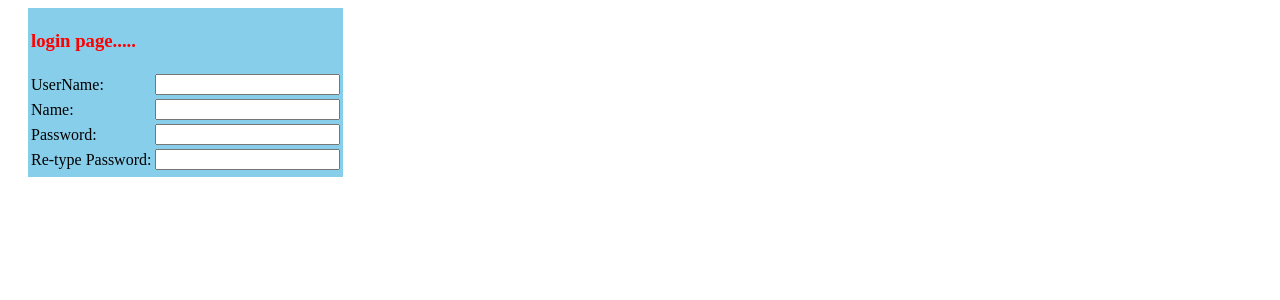
Repository: KeshavDeveloper/Dynamic-web-app
Page: http://localhost/MyRegistrationProject/register.jsp
The author's editor kept a copy of each file at every save. The page is drawn from the files as they stood at one save, then again after the next save.
The browser window is 1280 px wide. The pictures show the whole page.
The page is served by Tomcat 9. Other server files are loaded and not shown.

Above is the page before, as saved 2018-06-26 22:19:05.

### MyRegistrationProject/WebContent/register.jsp
<%@ page language="java" contentType="text/html; charset=ISO-8859-1"
    pageEncoding="ISO-8859-1"%>
<!DOCTYPE html PUBLIC "-//W3C//DTD HTML 4.01 Transitional//EN" "http://www.w3.org/TR/html4/loose.dtd">
<html>
<head>
<meta http-equiv="Content-Type" content="text/html; charset=ISO-8859-1">
<title>Insert title here</title>
</head>
<body>

<form action="LoginRegister">
<table style="background-color:skyblue;margin-left:20px;margin-right:20px;">
<tr>
<td>   <h3 style="color: red;" >login page.....</h3></td>
<td></td>



</tr>

<tr><td>UserName:</td><td><input type="text" name="username"></td></tr>
<tr><td>Name:</td><td><input type="text" name="name"></td></tr>

<tr><td>Password:</td><td><input type="password" name="password1"></td></tr>
<tr><td> Re-type Password:</td><td><input type="password" name="password2"></td></tr>

<tr><td></tr>

</table>
</form>


</body>
</html>

After the next save:
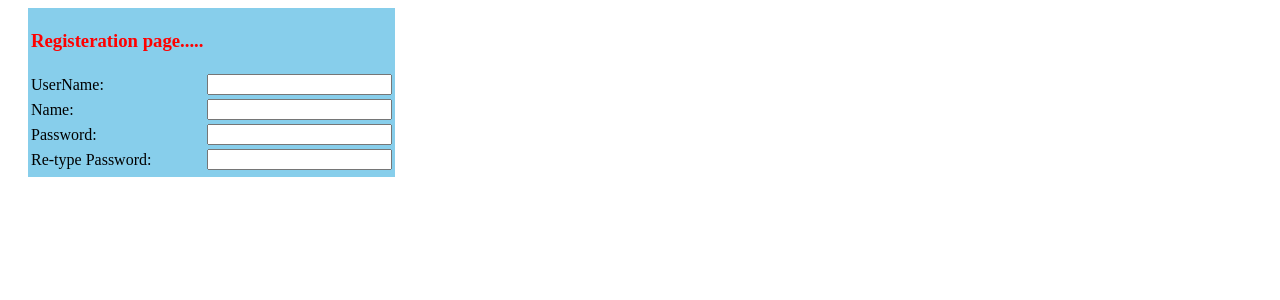
Saved 107 s later.
--- a/MyRegistrationProject/WebContent/register.jsp
+++ b/MyRegistrationProject/WebContent/register.jsp
@@ -11,7 +11,7 @@
 <form action="LoginRegister">
 <table style="background-color:skyblue;margin-left:20px;margin-right:20px;">
 <tr>
-<td>   <h3 style="color: red;" >login page.....</h3></td>
+<td>   <h3 style="color: red;" >Registeration page.....</h3></td>
 <td></td>
 
 
